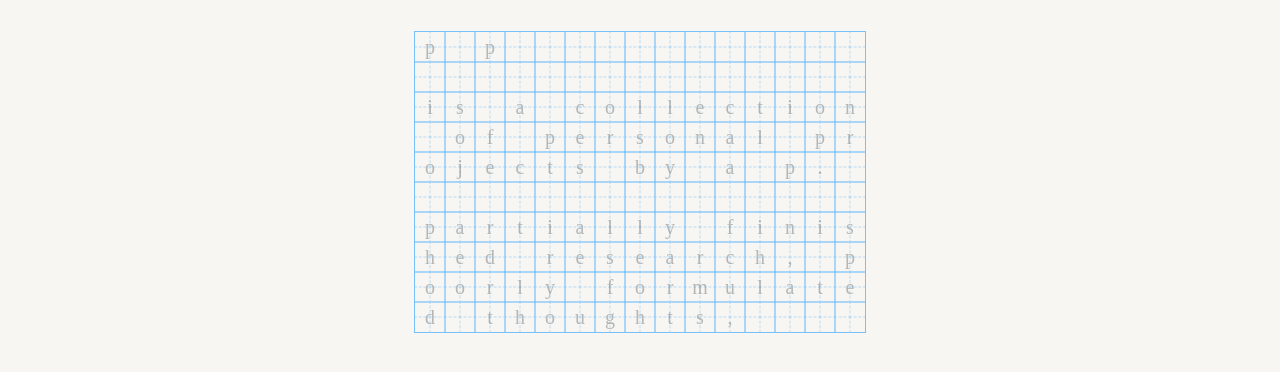
Repository: pyrcl090/p-p
Page: index.html
These files come from the project's save history. The page is drawn as it stood at one moment and after the next save; the edit follows.
The browser window is 1280 px wide. The pictures show the whole page.
The page's requests for data from a server got no answer. Some web fonts or font styles are not loaded; a fallback is used.

Above is the page before, as saved 2025-04-19 23:41:08.

### index.html
<!DOCTYPE html>
<html lang="en">
<head>
    <meta charset="UTF-8">
    <meta name="viewport" content="width=device-width, initial-scale=1.0">
    <title>P</title>
    <link rel="stylesheet" href="style.css">
</head>
<body>

    <div class="grid-wrapper">
        <div class="grid-border" id="grid-border">
          <!-- JavaScript will populate .grid-item elements here -->
        </div>
      </div>

        <!-- <div class="grid-wrapper">
          <div class="grid-container"></div>
          <div class="overlay-grid"></div>
        </div> -->

        <script src="script.js" async defer></script>
</body>
</html>

### style.css
@font-face {
  font-family: 'HMP';
  src: url("./assets/hiragino-maru-gothic-pron-w4.otf") format("truetype");
}

a {
  color: rgb(167, 151, 0);
  opacity: .5;
}

html, body {
  background-color: rgb(247, 246, 242);
  margin: 0;
  padding: 0;
  font-family: 'HMP';
}

body {

}

.grid-wrapper {
  padding: 2em;
  display: flex;
  justify-content: flex-start;
  align-items: center;
  flex-direction: column;
  width: 100%;
  min-height: 100vh;
  box-sizing: border-box;
}

.grid-border {
  display: flex;
  flex-direction: column;
  align-items: center;
  gap: 2em;
}

/* Inner container holding grid + overlay */
.grid-wrapper-inner {
  position: relative;
  display: inline-block;
  line-height: 0;
}

/* Grid background */
.grid-columns-rows {
  display: grid;
  grid-template-columns: repeat(15, 30px);
  grid-auto-rows: 30px;
  gap: 0;
  outline: 1px solid rgb(88, 181, 253);
  pointer-events: none;
  z-index: 1;
}

/* Each subcell (quad layout) */
.grid-columns-rows .grid-item {
  display: grid;
  grid-template-columns: repeat(2, 1fr);
  grid-template-rows: repeat(2, 1fr);
  width: 30px;
  height: 30px;
  outline: 0.5px solid rgb(88, 181, 253);
  opacity: 0.6;
}

.sub-cell {
  outline: 0.15px dashed rgb(88, 181, 253);
  opacity: 0.4;
  width: 100%;
  height: 100%;
}

/* Overlaid text */
.grid-content {
  display: grid;
  grid-template-columns: repeat(15, 30px);
  grid-auto-rows: 30px;
  gap: 0;
  position: absolute;
  top: 0;
  left: 0;
  z-index: 2;
}

.overlay-item {
  width: 30px;
  height: 30px;
  font-size: 20px;
  text-align: center;
  display: flex;
  justify-content: center;
  align-items: center;
  font-family: 'HMP';
  color: rgba(113, 113, 113, 0.6);
  line-height: 1;
  white-space: nowrap;
  pointer-events: auto;
}

.grid-image {
  width: 100%;  /* Ensure it fills the available width of the wrapper */
  display: block;  /* Block display to avoid inline issues */
  object-fit: contain;  /* Maintain aspect ratio and fit within the container */
  max-height: calc(30px * 10);  /* Ensure the image doesn't exceed the height of 5 rows */
  margin: 0; /* Remove any default margin */
  opacity: .9;
}

.grid-image-wrapper {
  display: flex;  /* Flexbox enables easy alignment of the image */
  justify-content: flex-start;  /* Default alignment to center, you can change it via JS */
  align-items: flex-start;  /* Vertically center the image */
  width: 100%;  /* Make sure it spans the full width of the grid column */
  height: calc(30px * 5);  /* Ensure it takes up exactly 5 rows in height */
}

.grid-item {
  display: flex;
  flex-direction: column;
  width: fit-content;
  opacity: .8;
}

.grid-item.channel-name {
  cursor: pointer;
}

.grid-item.channel-content {
  display: none;
}
/* .content-separator {
  grid-column: span 15;
  height: 30px;
} */

### script.js
const channels = [
  'p-pp-vz1bkeezvp0',
  'read-re_d-rode',
  'putaiinnnnn'
];

const menuItems = [
  {
    title: 'p p',
    content: '                          is a collection of personal projects by a p.                partially finished research, poorly formulated thoughts, '
  }
];

const gridBorder = document.getElementById('grid-border');
const cols = 15;
const cellSize = 30;
let currentlyOpenId = null;
const loadedChannels = new Set();

function createGridStructure(numItems) {
  const grid = document.createElement('div');
  grid.className = 'grid-columns-rows';
  const rows = Math.ceil(numItems / cols);
  const totalCells = rows * cols;

  for (let i = 0; i < totalCells; i++) {
    const cell = document.createElement('div');
    cell.className = 'grid-item';

    for (let j = 0; j < 4; j++) {
      const sub = document.createElement('div');
      sub.className = 'sub-cell';
      cell.appendChild(sub);
    }

    grid.appendChild(cell);
  }

  return grid;
}

function createOverlayItem(char, isLink = false, href = '') {
  const div = document.createElement('div');
  div.className = 'overlay-item';

  if (isLink) {
    const a = document.createElement('a');
    a.href = href;
    a.target = '_blank';
    a.textContent = char;
    a.style.textDecoration = 'none';
    a.style.color = 'inherit';
    div.appendChild(a);
  } else {
    div.textContent = char;
  }

  return div;
}

function addTextBlock(text, container) {
  for (const char of text) {
    const div = createOverlayItem(char);
    container.appendChild(div);
  }

  const remainder = text.length % cols;
  if (remainder !== 0) {
    for (let i = 0; i < cols - remainder; i++) {
      container.appendChild(document.createElement('div'));
    }
  }
}

// ✅ New function to fetch all blocks across pages
async function fetchAllBlocks(slug) {
  let page = 1;
  let blocks = [];
  let hasMore = true;

  while (hasMore) {
    const res = await fetch(`https://api.are.na/v2/channels/${slug}?per=100&page=${page}`);
    const data = await res.json();
    blocks = blocks.concat(data.contents);
    hasMore = data.contents.length === 100;
    page++;
  }

  console.log(`Fetched ${blocks.length} blocks from channel: ${slug}`);
  return blocks;
}

async function fillChannelContent(contentEl, slug) {
  console.log('Filling channel content:', slug);

  try {
    const [channelMeta, blocks] = await Promise.all([
      fetch(`https://api.are.na/v2/channels/${slug}?per=1`).then(res => res.json()),
      fetchAllBlocks(slug)
    ]);

    let totalCells = 0;

    // ✅ Add channel description first (if any)
    if (channelMeta.metadata?.description) {
      console.log(`Channel description: ${channelMeta.metadata.description}`);
      addTextBlock(channelMeta.metadata.description, contentEl);
      totalCells += channelMeta.metadata.description.length;
      totalCells += (cols - (channelMeta.metadata.description.length % cols)) % cols;
    }

    for (const block of blocks) {
      console.log(`Block class: ${block.class}`, block);

      if (block.image?.display?.url) {
        const img = document.createElement('img');
        img.src = block.image.display.url;
        img.className = 'grid-image';

        const colSpan = 15;
        const rowSpan = 10;

        img.style.gridColumn = `span ${colSpan}`;
        img.style.gridRow = `span ${rowSpan}`;
        img.style.justifySelf = Math.random() > 0.5 ? 'flex-start' : 'flex-end';

        contentEl.appendChild(img);
        totalCells += colSpan * rowSpan;
      }

      if (block.file?.url) {
        const fileLink = document.createElement('a');
        fileLink.href = block.file.url;
        fileLink.target = '_blank';
        fileLink.textContent = `View file: ${block.file.name || 'Document'}`;
        contentEl.appendChild(fileLink);
        contentEl.appendChild(document.createElement('br'));

        totalCells += 2;
      }

      const text = block.content || block.title || block.body || '';
      if (text) {
        addTextBlock(text, contentEl);
        totalCells += text.length;
        totalCells += (cols - (text.length % cols)) % cols;
      }
    }

    const rowsNeeded = Math.ceil(totalCells / cols);
    const totalCellsNeeded = rowsNeeded * cols;
    console.log(`Total cells needed: ${totalCellsNeeded}`);

    const wrapper = contentEl.closest('.grid-wrapper-inner');
    const oldGrid = wrapper.querySelector('.grid-columns-rows');
    if (oldGrid) oldGrid.remove();

    const newGrid = createGridStructure(totalCellsNeeded);
    wrapper.insertBefore(newGrid, contentEl);

    loadedChannels.add(slug);
    console.log(`Finished rendering content for: ${slug}`);
  } catch (error) {
    console.error(`Error filling content for ${slug}:`, error);
  }
}

function toggleContent(id, slug) {
  const contentWrapper = document.getElementById(id);
  const contentItem = contentWrapper.closest('.channel-content');

  if (currentlyOpenId && currentlyOpenId !== id) {
    const prevWrapper = document.getElementById(currentlyOpenId);
    const prevItem = prevWrapper?.closest('.channel-content');
    if (prevItem) prevItem.style.display = 'none';
  }

  const isOpen = contentItem.style.display === 'block';

  if (isOpen) {
    contentItem.style.display = 'none';
    currentlyOpenId = null;
  } else {
    contentItem.style.display = 'block';
    currentlyOpenId = id;

    if (!loadedChannels.has(slug)) {
      fillChannelContent(contentWrapper, slug);
    }
  }
}

function createChannelItem(channelData, index) {
  const slug = channelData.slug;
  const title = channelData.title || `Channel ${index + 1}`;
  const contentId = `channel-content-${index}`;

  const nameItem = document.createElement('div');
  nameItem.className = 'grid-item channel-name';

  const grid = createGridStructure(title.length);
  const content = document.createElement('div');
  content.className = 'grid-content';

  for (const char of title) {
    const item = createOverlayItem(char);
    item.style.cursor = 'pointer';
    item.addEventListener('click', () => toggleContent(contentId, slug));
    content.appendChild(item);
  }

  const wrapper = document.createElement('div');
  wrapper.className = 'grid-wrapper-inner';
  wrapper.appendChild(grid);
  wrapper.appendChild(content);
  nameItem.appendChild(wrapper);
  gridBorder.appendChild(nameItem);

  const contentItem = document.createElement('div');
  contentItem.className = 'grid-item channel-content';
  contentItem.style.display = 'none';

  const contentGrid = createGridStructure(200); // Initial placeholder
  const contentOverlay = document.createElement('div');
  contentOverlay.className = 'grid-content';
  contentOverlay.id = contentId;

  const contentWrapper = document.createElement('div');
  contentWrapper.className = 'grid-wrapper-inner';
  contentWrapper.appendChild(contentGrid);
  contentWrapper.appendChild(contentOverlay);

  contentItem.appendChild(contentWrapper);
  gridBorder.appendChild(contentItem);
}

// ✅ Renders the always-visible menu with title and content
function renderMenu() {
  menuItems.forEach((menuData, index) => {
    const text = `${menuData.title}\n${menuData.content}`;
    const textLength = text.length;

    const menuItem = document.createElement('div');
    menuItem.className = 'grid-item channel-content';
    menuItem.style.display = 'block';

    const menuGrid = createGridStructure(textLength);
    const menuContent = document.createElement('div');
    menuContent.className = 'grid-content';

    addTextBlock(text, menuContent);

    const menuWrapper = document.createElement('div');
    menuWrapper.className = 'grid-wrapper-inner';
    menuWrapper.appendChild(menuGrid);
    menuWrapper.appendChild(menuContent);

    menuItem.appendChild(menuWrapper);
    gridBorder.appendChild(menuItem);
  });
}

// ✅ Initialize menu and channels
renderMenu();

channels.forEach((slug, index) => {
  fetch(`https://api.are.na/v2/channels/${slug}?per=1`)
    .then(res => res.json())
    .then(data => {
      data.slug = slug;
      createChannelItem(data, index);
    });
});

After the next save:
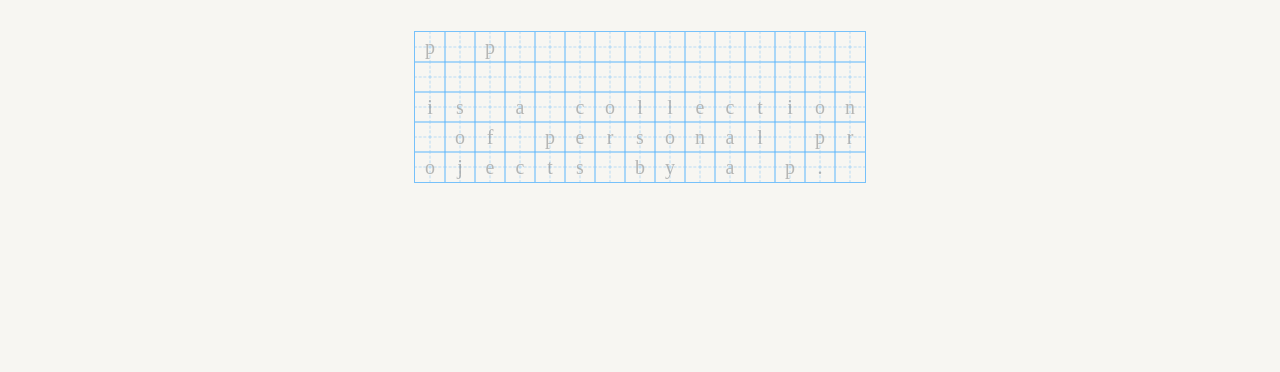
Saved 11 s later.
--- a/script.js
+++ b/script.js
@@ -7,7 +7,7 @@ const channels = [
 const menuItems = [
   {
     title: 'p p',
-    content: '                          is a collection of personal projects by a p.                partially finished research, poorly formulated thoughts, '
+    content: '                          is a collection of personal projects by a p.'
   }
 ];
 
